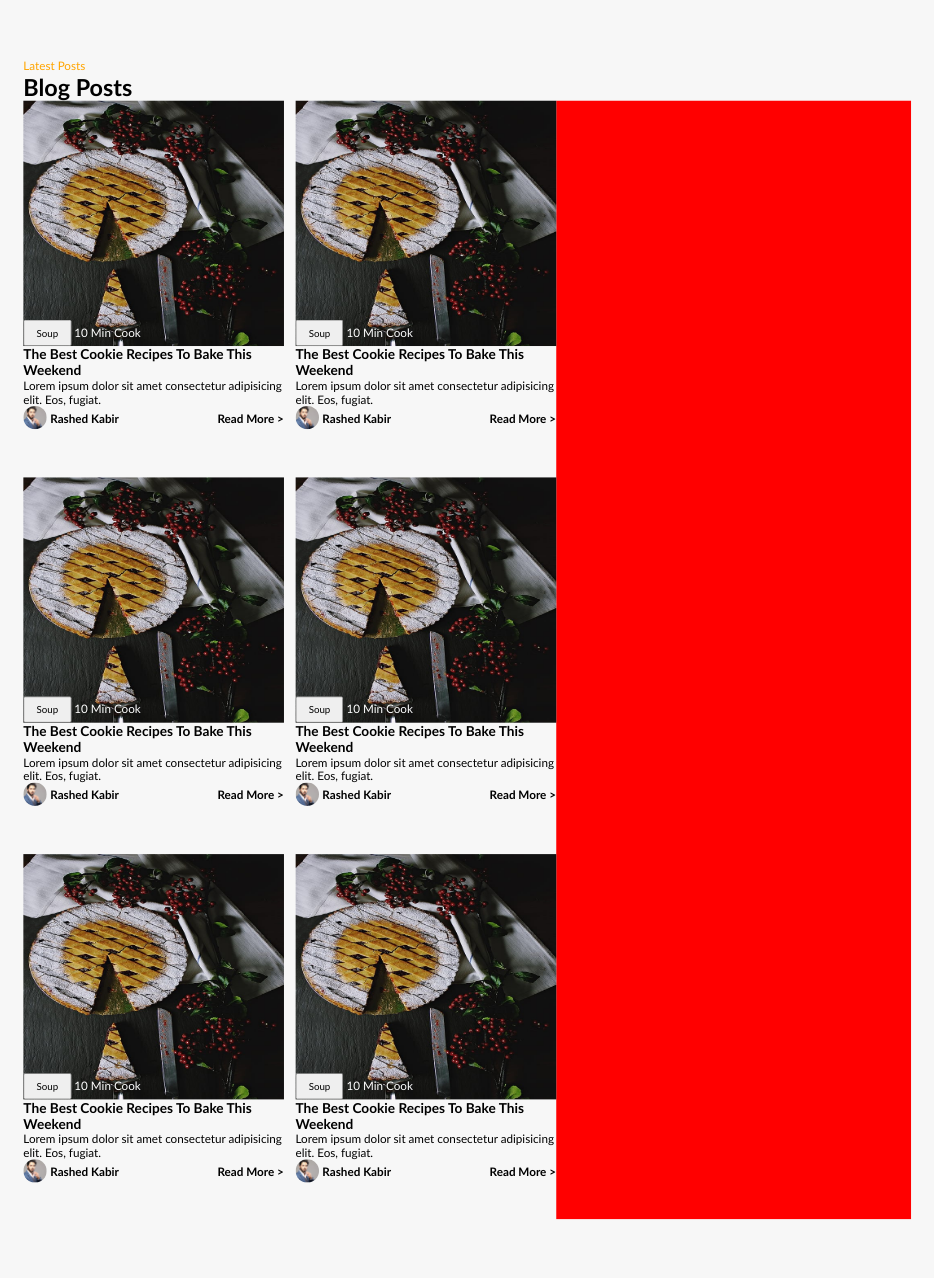
Repository: ngoctinvo/diner_project_cybersoft
Page: html/blog.html
The author's editor kept a copy of each file at every save. The page is drawn from the files as they stood at one save, then again after a run of saves.
The browser window is 1280 px wide. The pictures show the whole page, at 73% of full size.
The style sheet was rebuilt from its Sass, Less or Tailwind sources for each picture, by a compiler version that may differ from the author's.

Above is the page before, as saved 2022-04-19 10:19:59.

### html/blog.html
<!DOCTYPE html>
<html lang="en">

<head>
    <meta charset="UTF-8">
    <meta http-equiv="X-UA-Compatible" content="IE=edge">
    <meta name="viewport" content="width=device-width, initial-scale=1.0">
    <title>Document</title>
    <link rel="stylesheet" href="../css/blog.css">
</head>

<body>
    <header></header>
    <section class="blog">
        <div class="container">
            <div class="title">
                <p>Latest Posts</p>
                <h1>Blog Posts</h1>
            </div>
            <div class="row">
                <div class="left-posts">
                    <div class="list">
                        <div class="item">
                            <div class="img">
                                <img src="../img/blog/g4.jpg" alt="">
                                <div class="info-img">
                                    <button>Soup</button>
                                    <span><i class="fa fa-clock"></i> 10 Min Cook</span>
                                </div>

                            </div>
                            <div class="content">
                                <h3>The Best Cookie Recipes To Bake This Weekend</h3>
                                <p>Lorem ipsum dolor sit amet consectetur adipisicing elit. Eos, fugiat.</p>
                            </div>
                            <div class="author">
                                <div class="author-info">
                                    <a href="#">
                                        <img src="../img/blog/team1.jpg" alt="">
                                        <span>Rashed Kabir</span>
                                    </a>
                                </div>

                                <a href="#">Read More ></a>
                            </div>
                        </div>
                        <div class="item">
                            <div class="img">
                                <img src="../img/blog/g4.jpg" alt="">
                                <div class="info-img">
                                    <button>Soup</button>
                                    <span><i class="fa fa-clock"></i> 10 Min Cook</span>
                                </div>

                            </div>
                            <div class="content">
                                <h3>The Best Cookie Recipes To Bake This Weekend</h3>
                                <p>Lorem ipsum dolor sit amet consectetur adipisicing elit. Eos, fugiat.</p>
                            </div>
                            <div class="author">
                                <div class="author-info">
                                    <a href="#">
                                        <img src="../img/blog/team1.jpg" alt="">
                                        <span>Rashed Kabir</span>
                                    </a>
                                </div>

                                <a href="#">Read More ></a>
                            </div>
                        </div>
                        <div class="item">
                            <div class="img">
                                <img src="../img/blog/g4.jpg" alt="">
                                <div class="info-img">
                                    <button>Soup</button>
                                    <span><i class="fa fa-clock"></i> 10 Min Cook</span>
                                </div>

                            </div>
                            <div class="content">
                                <h3>The Best Cookie Recipes To Bake This Weekend</h3>
                                <p>Lorem ipsum dolor sit amet consectetur adipisicing elit. Eos, fugiat.</p>
                            </div>
                            <div class="author">
                                <div class="author-info">
                                    <a href="#">
                                        <img src="../img/blog/team1.jpg" alt="">
                                        <span>Rashed Kabir</span>
                                    </a>
                                </div>

                                <a href="#">Read More ></a>
                            </div>
                        </div>
                        <div class="item">
                            <div class="img">
                                <img src="../img/blog/g4.jpg" alt="">
                                <div class="info-img">
                                    <button>Soup</button>
                                    <span><i class="fa fa-clock"></i> 10 Min Cook</span>
                                </div>

                            </div>
                            <div class="content">
                                <h3>The Best Cookie Recipes To Bake This Weekend</h3>
                                <p>Lorem ipsum dolor sit amet consectetur adipisicing elit. Eos, fugiat.</p>
                            </div>
                            <div class="author">
                                <div class="author-info">
                                    <a href="#">
                                        <img src="../img/blog/team1.jpg" alt="">
                                        <span>Rashed Kabir</span>
                                    </a>
                                </div>

                                <a href="#">Read More ></a>
                            </div>
                        </div>
                        <div class="item">
                            <div class="img">
                                <img src="../img/blog/g4.jpg" alt="">
                                <div class="info-img">
                                    <button>Soup</button>
                                    <span><i class="fa fa-clock"></i> 10 Min Cook</span>
                                </div>

                            </div>
                            <div class="content">
                                <h3>The Best Cookie Recipes To Bake This Weekend</h3>
                                <p>Lorem ipsum dolor sit amet consectetur adipisicing elit. Eos, fugiat.</p>
                            </div>
                            <div class="author">
                                <div class="author-info">
                                    <a href="#">
                                        <img src="../img/blog/team1.jpg" alt="">
                                        <span>Rashed Kabir</span>
                                    </a>
                                </div>

                                <a href="#">Read More ></a>
                            </div>
                        </div>
                        <div class="item">
                            <div class="img">
                                <img src="../img/blog/g4.jpg" alt="">
                                <div class="info-img">
                                    <button>Soup</button>
                                    <span><i class="fa fa-clock"></i> 10 Min Cook</span>
                                </div>

                            </div>
                            <div class="content">
                                <h3>The Best Cookie Recipes To Bake This Weekend</h3>
                                <p>Lorem ipsum dolor sit amet consectetur adipisicing elit. Eos, fugiat.</p>
                            </div>
                            <div class="author">
                                <div class="author-info">
                                    <a href="#">
                                        <img src="../img/blog/team1.jpg" alt="">
                                        <span>Rashed Kabir</span>
                                    </a>
                                </div>

                                <a href="#">Read More ></a>
                            </div>
                        </div>
                    </div>
                    <div class="control-btn"></div>
                </div>
                <div class="right-posts">
                    <!-- <div class="right-container">
                        <div class="item latest-recipes">
                            <h2>Lastest recipes</h2>
                            <div class="list">
                                <div class="item">
                                    <img src="../img/blog/banner1.jpg">
                                    <span>How to make capuccino</span>
                                </div>
                                <div class="item">
                                    <img src="../img/blog/banner1.jpg">
                                    <span>How to make capuccino</span>
                                </div>
                                <div class="item">
                                    <img src="../img/blog/banner1.jpg">
                                    <span>How to make capuccino</span>
                                </div>
                                <div class="item">
                                    <img src="../img/blog/banner1.jpg">
                                    <span>How to make capuccino</span>
                                </div>
                            </div>
                        </div>
                        <div class="item trending-posts">
                            <h3>Trending posts</h3>
                            <div class="list">
                                <div class="item">
                                    <img src="../img/blog/g3.jpg" alt="">
                                    <div class="info">
                                        <p>12 Curry Recipes You’ll Ever Need</p>
                                        <span>Feb 4, 2021</span>
                                    </div>
                                </div>
                            </div>
                        </div>
                        <div class="item categories">
                            <h3>Categories</h3>
                            <ul>
                                <li>
                                    <a href="#">Desserts</a>
                                </li>
                                <li>
                                    <a href="#">Cakes and Biscuits</a>
                                </li>
                                <li>
                                    <a href="#">Food recipes</a>
                                </li>

                            </ul>
                        </div>
                        <div class="item advertisement">
                            <h3>Advertisement</h3>
                            <img src="../img/blog/g1.jpg" alt="">
                        </div>
                    </div> -->



                </div>
            </div>
        </div>
        </div>
    </section>
    <footer></footer>
</body>

</html>

### sass/blog.scss
* {
    margin: 0;
    padding: 0;
    box-sizing: border-box;
    font-family: 'Gill Sans', 'Gill Sans MT', Calibri, 'Trebuchet MS', sans-serif;
}

.blog {
    color: black;
    .container {
        width: 100%;
        background-color: #f7f7f7;
        padding: 5rem 2rem;
        .title {
            p {
                color: orange;
                font-size: 1rem;
            }
            h1 {
                font-size: 2rem;
            }
        }
        .row {
            display: flex;
            flex-direction: row;
            .left-posts {
                width: 60%;
                .list {
                    display: grid;
                    grid-template-columns: 1fr 1fr;
                    grid-template-rows: repeat(3, 500px);
                    gap: 1rem;
                    .item {
                        margin-bottom: 5rem;
                        .img {
                            position: relative;
                            height: 80%;
                            width: 100%;
                            img {
                                width: 100%;
                                height: 100%;
                            }
                            .info-img {
                                position: absolute;
                                width: 100%;
                                bottom: 0;
                                left: 0;
                                color: white;
                                button {
                                    padding: 0.5rem 1rem;
                                }
                            }
                        }
                        .author {
                            display: flex;
                            flex-direction: row;
                            justify-content: space-between;
                            align-items: center;
                            a {
                                display: flex;
                                flex-direction: row;
                                align-items: center;
                            }
                            .author-info {
                                margin-right: 1rem;
                                img {
                                    width: 2rem;
                                    border-radius: 50%;
                                    margin-right: 0.3rem;
                                }
                            }
                            a {
                                text-decoration: none;
                                color: black;
                                font-size: 1rem;
                                font-weight: 600;
                            }
                        }
                    }
                }
            }
            .right-posts {
                width: 40%;
                background-color: red;
            }
        }
    }
}

After the next 2 saves:
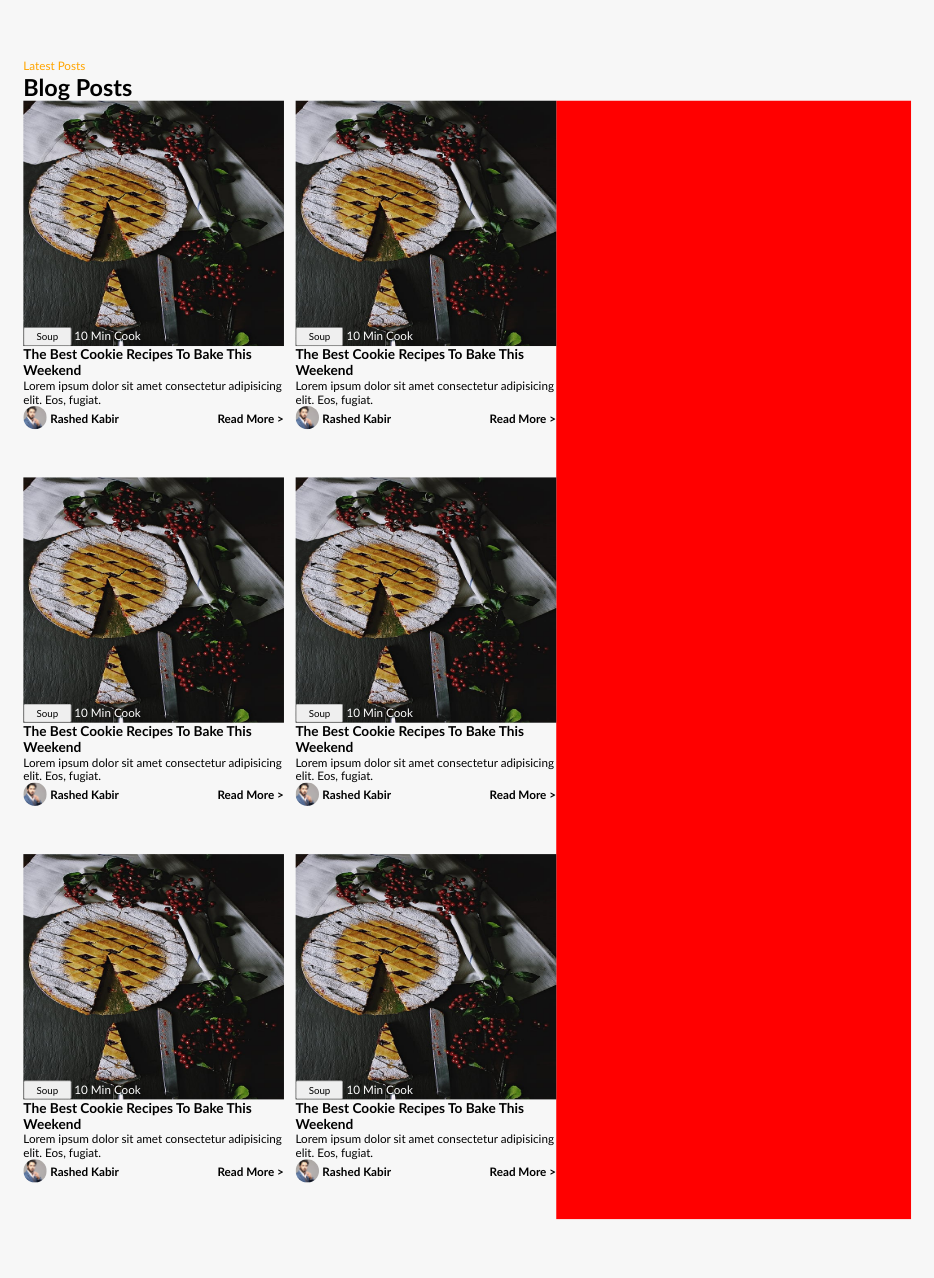
The 2 saves are shown as one change because they came seconds apart.
The last was saved 7 s later.
--- a/sass/blog.scss
+++ b/sass/blog.scss
@@ -47,7 +47,7 @@
                                 left: 0;
                                 color: white;
                                 button {
-                                    padding: 0.5rem 1rem;
+                                    padding: 0.2rem 1rem;
                                 }
                             }
                         }
